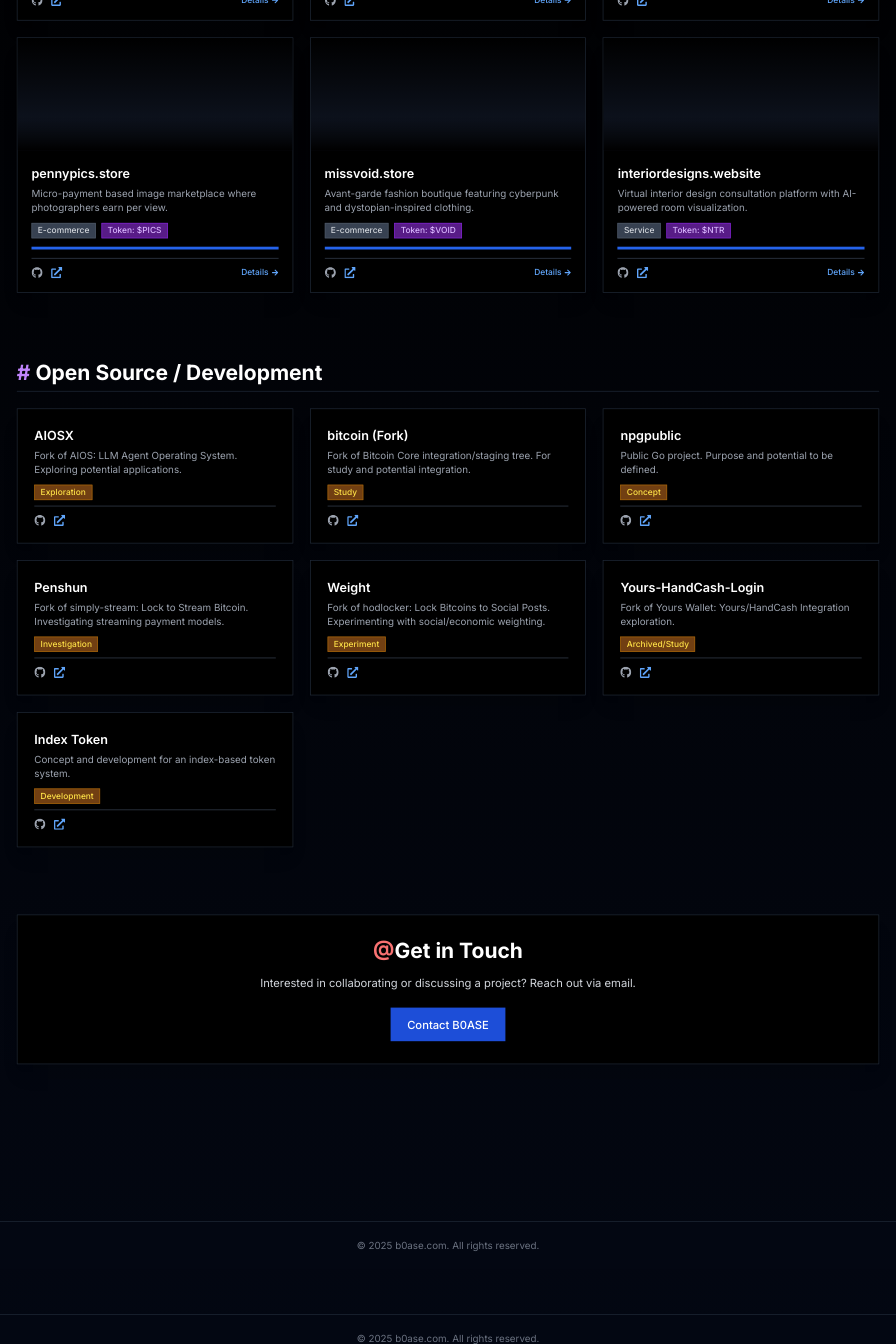
Repository: b0ase/rafskitchen
Page: /
These files come from the project's save history. The page is drawn as it stood at one moment and after the next save; the edit follows.
The browser window is 1280 px wide. The pictures show the part of the page from y = 2918 to 4838 px (the page is 4865 px tall), at 70% of full size.
The project was rebuilt for these pictures with package versions that can differ from the ones it lists, and the page was loaded fresh each time. The framework's server and built-in components were replaced by stand-ins that run in the browser. Also part of the build but not shown: next.config.js.

Above is the page before, as saved 2025-05-02 14:47:59.

After the next save:
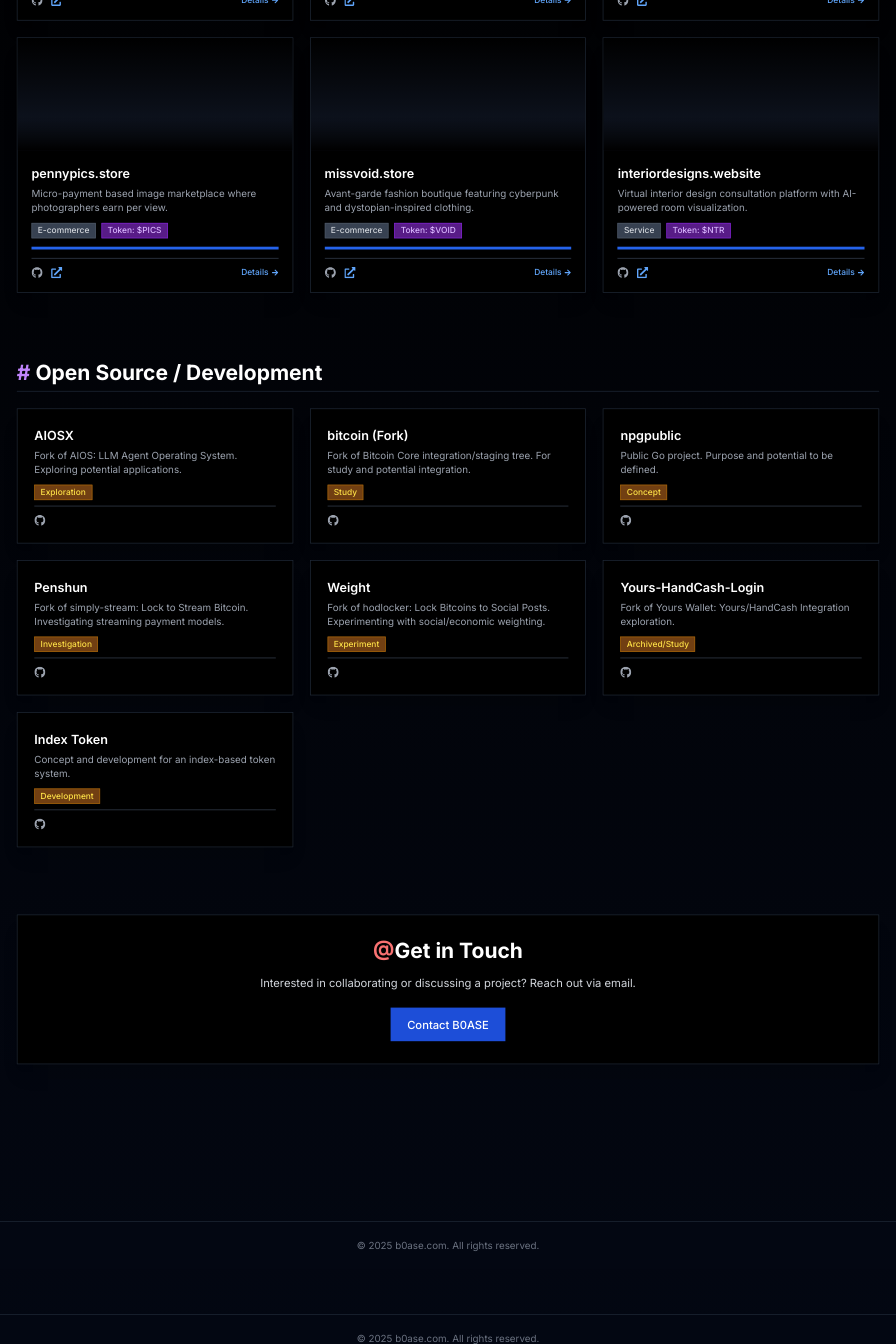
Saved 38 s later.
--- a/app/page.tsx
+++ b/app/page.tsx
@@ -118,7 +118,7 @@
           </div>
         </section>
 
-        {/* Projects (Domains) Section - Apply dark: variants */}
+        {/* Projects (Domains) Section */}
         <section id="projects" className="mb-16 md:mb-24 scroll-mt-20">
           <h2 className="text-2xl md:text-3xl font-bold text-black dark:text-white mb-6 border-b border-gray-200 dark:border-gray-800 pb-2">
             &lt;ClientProjects&gt;
@@ -166,7 +166,7 @@
                   )}
                   <div className="mt-auto pt-3 border-t border-gray-100 dark:border-gray-700 flex items-center justify-between">
                     <div className="flex space-x-3 items-center">
-                      {project.githubUrl && (
+                      {project.githubUrl && project.githubUrl !== '#' && (
                         <a href={project.githubUrl} target="_blank" rel="noopener noreferrer" className="text-gray-500 dark:text-gray-400 hover:text-black dark:hover:text-white transition-colors" title="View Repository">
                           <FaGithub size={16} />
                         </a>
@@ -188,40 +188,40 @@
           </div>
         </section>
 
-        {/* Development (GitHub Repos) Section - Apply dark: variants */}
+        {/* Development (GitHub Repos) Section */}
         <section id="development" className="mb-16 md:mb-24 scroll-mt-20">
-            <h2 className="text-2xl md:text-3xl font-bold text-black dark:text-white mb-6 border-b border-gray-200 dark:border-gray-800 pb-2">
-                <span className="text-purple-500 dark:text-purple-400">#</span> Open Source / Development
-            </h2>
-            <div className="grid grid-cols-1 md:grid-cols-2 lg:grid-cols-3 gap-6">
-                {projects.filter(p => p.type === 'github').map((project) => (
-                    <div key={project.id} className="bg-white dark:bg-black p-6 border border-gray-200 dark:border-gray-800 shadow-md dark:shadow-xl flex flex-col transition-transform duration-300 ease-in-out hover:scale-[1.02] hover:brightness-110 dark:hover:brightness-125">
-                        <h3 className="text-lg font-semibold text-black dark:text-white mb-1">{project.title}</h3>
-                        <p className="text-sm text-gray-600 dark:text-gray-400 mb-3 flex-grow">{project.description}</p>
-                        {project.status && (
-                           <span className={`text-xs font-medium mr-2 px-2 py-0.5 mb-2 inline-block w-max border
-                           ${project.status === 'Live' ? 'bg-green-100 border-green-300 text-green-800 dark:bg-green-900 dark:border-green-700 dark:text-green-300' :
-                           project.status === 'Archived' ? 'bg-gray-100 border-gray-300 text-gray-800 dark:bg-gray-800 dark:border-gray-700 dark:text-gray-400' :
-                           'bg-yellow-100 border-yellow-300 text-yellow-800 dark:bg-yellow-900 dark:border-yellow-700 dark:text-yellow-300'}
-                           `}>
-                           {project.status}
-                           </span>
-                        )}
-                        <div className="mt-auto pt-3 border-t border-gray-100 dark:border-gray-700 flex space-x-3">
-                            {project.githubUrl && (
-                                <a href={project.githubUrl} target="_blank" rel="noopener noreferrer" className="text-gray-500 dark:text-gray-400 hover:text-black dark:hover:text-white transition-colors" title="View Repository">
-                                    <FaGithub size={16}/>
-                                </a>
-                            )}
-                            {project.xUrl && (
-                                <a href={project.xUrl} target="_blank" rel="noopener noreferrer" className="text-blue-600 dark:text-blue-400 hover:text-blue-800 dark:hover:text-blue-300 transition-colors" title="Visit X Profile">
-                                    <FaExternalLinkAlt size={16}/>
-                                </a>
-                            )}
-                        </div>
-                    </div>
-                ))}
-            </div>
+          <h2 className="text-2xl md:text-3xl font-bold text-black dark:text-white mb-6 border-b border-gray-200 dark:border-gray-800 pb-2">
+            <span className="text-purple-500 dark:text-purple-400">#</span> Open Source / Development
+          </h2>
+          <div className="grid grid-cols-1 md:grid-cols-2 lg:grid-cols-3 gap-6">
+            {projects.filter(p => p.type === 'github').map((project) => (
+              <div key={project.id} className="bg-white dark:bg-black p-6 border border-gray-200 dark:border-gray-800 shadow-md dark:shadow-xl flex flex-col transition-transform duration-300 ease-in-out hover:scale-[1.02] hover:brightness-110 dark:hover:brightness-125">
+                <h3 className="text-lg font-semibold text-black dark:text-white mb-1">{project.title}</h3>
+                <p className="text-sm text-gray-600 dark:text-gray-400 mb-3 flex-grow">{project.description}</p>
+                {project.status && (
+                  <span className={`text-xs font-medium mr-2 px-2 py-0.5 mb-2 inline-block w-max border
+                    ${project.status === 'Live' ? 'bg-green-100 border-green-300 text-green-800 dark:bg-green-900 dark:border-green-700 dark:text-green-300' :
+                     project.status === 'Archived' ? 'bg-gray-100 border-gray-300 text-gray-800 dark:bg-gray-800 dark:border-gray-700 dark:text-gray-400' :
+                     'bg-yellow-100 border-yellow-300 text-yellow-800 dark:bg-yellow-900 dark:border-yellow-700 dark:text-yellow-300'}
+                  `}>
+                    {project.status}
+                  </span>
+                )}
+                <div className="mt-auto pt-3 border-t border-gray-100 dark:border-gray-700 flex space-x-3">
+                  {project.githubUrl && project.githubUrl !== '#' && (
+                    <a href={project.githubUrl} target="_blank" rel="noopener noreferrer" className="text-gray-500 dark:text-gray-400 hover:text-black dark:hover:text-white transition-colors" title="View Repository">
+                      <FaGithub size={16}/>
+                    </a>
+                  )}
+                  {project.xUrl && project.xUrl !== '#' && (
+                    <a href={project.xUrl} target="_blank" rel="noopener noreferrer" className="text-blue-600 dark:text-blue-400 hover:text-blue-800 dark:hover:text-blue-300 transition-colors" title="Visit X Profile">
+                      <FaExternalLinkAlt size={16}/>
+                    </a>
+                  )}
+                </div>
+              </div>
+            ))}
+          </div>
         </section>
 
         {/* Contact Section - Apply dark: variants */}
